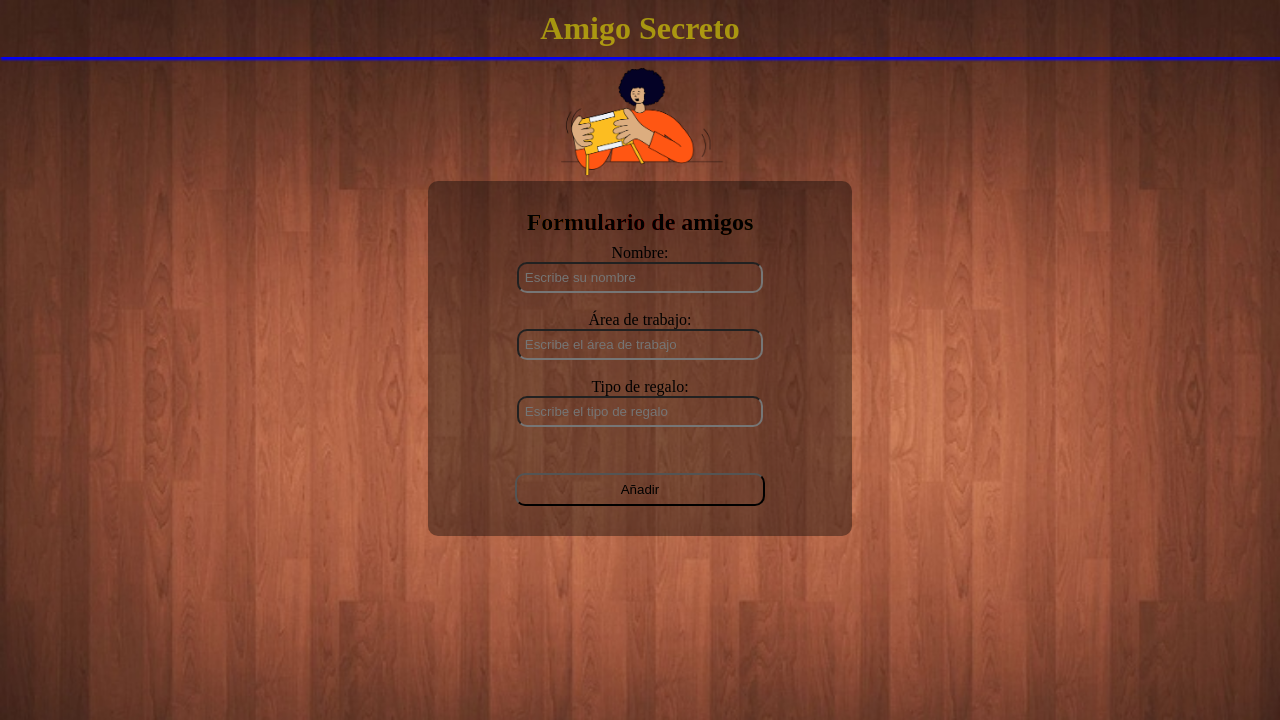
Repository: ye909/secreto
Page: index.html
An editor plug-in stored every save of this project. The page is shown before and after the next save, followed by the edit.
The browser window is 1280 px wide. The pictures show the whole page.

Above is the page before, as saved 2025-01-25 10:30:52.

After the next save:
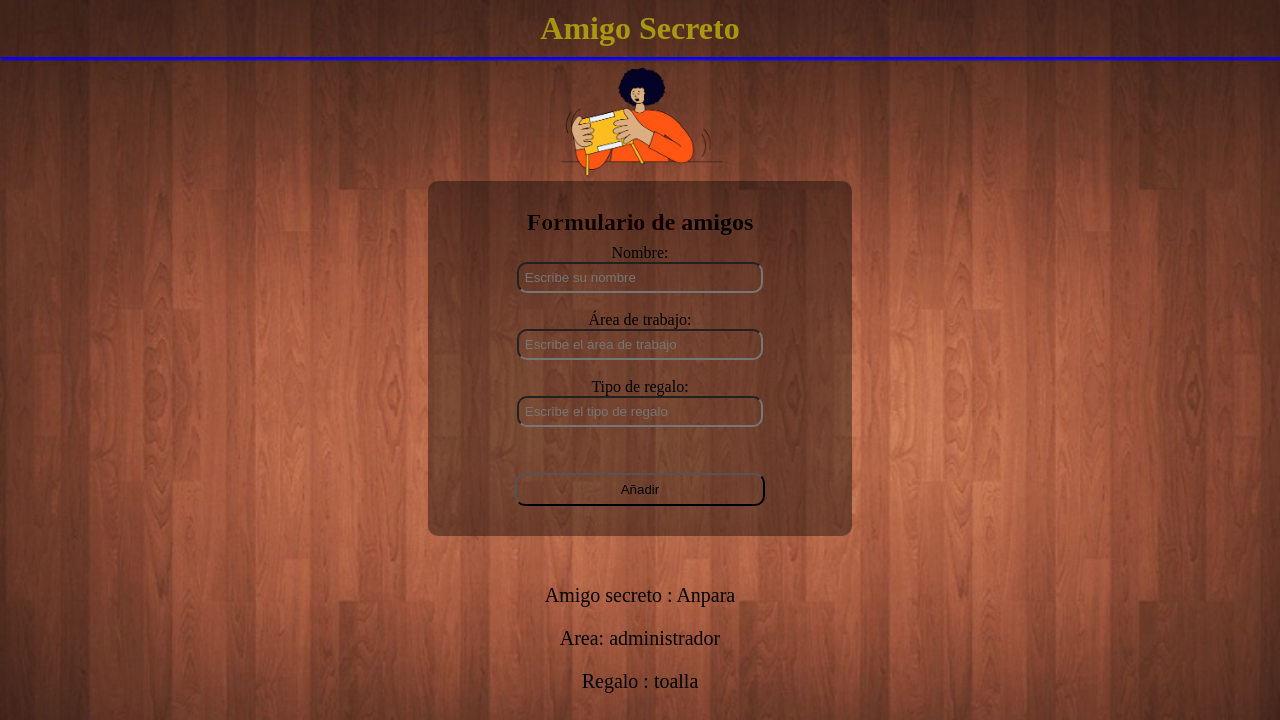
Saved 40 s later.
--- a/css/style.css
+++ b/css/style.css
@@ -75,7 +75,12 @@
 
   }
 
-    .containerbtnsorteo,.datos_amigo{
+
+  /* .datos_amigo {
+
+      display: none
+    } */
+    .containerbtnsorteo{
 
 
       display:none;

After the 2 saves that followed:
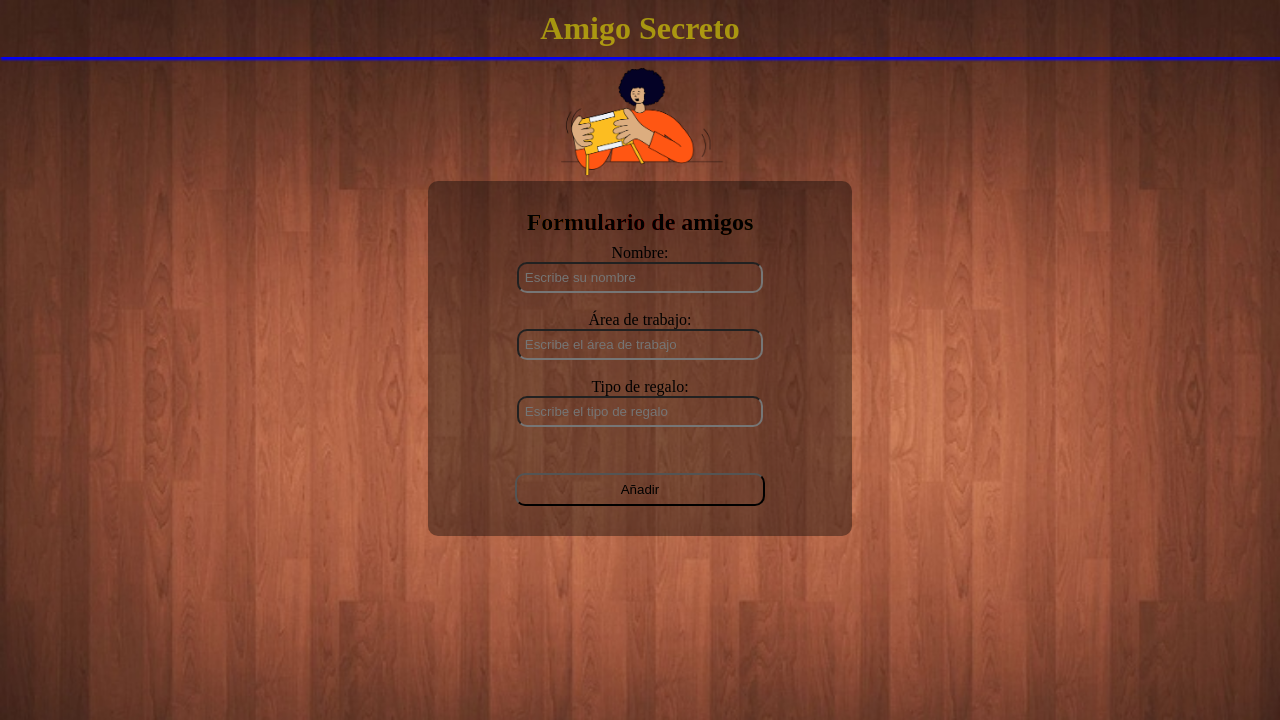
The 2 saves are shown as one change because 1 left the picture as it was.
The last was saved 77 s later.
--- a/index.html
+++ b/index.html
@@ -48,9 +48,9 @@
     </div>
 
 
+    <p id="info_datos1"></p>
+    <div class="datos_amigo" id="datos_amigo">
 
-    <div class="datos_amigo" id="datos_amigo">
-        <p id="info_datos1"></p>
         <h2 id="info_datos"></h2>
 
     </div>
--- a/css/style.css
+++ b/css/style.css
@@ -76,10 +76,10 @@
   }
 
 
-  /* .datos_amigo {
+  .datos_amigo {
 
       display: none
-    } */
+    }
     .containerbtnsorteo{
 
 
